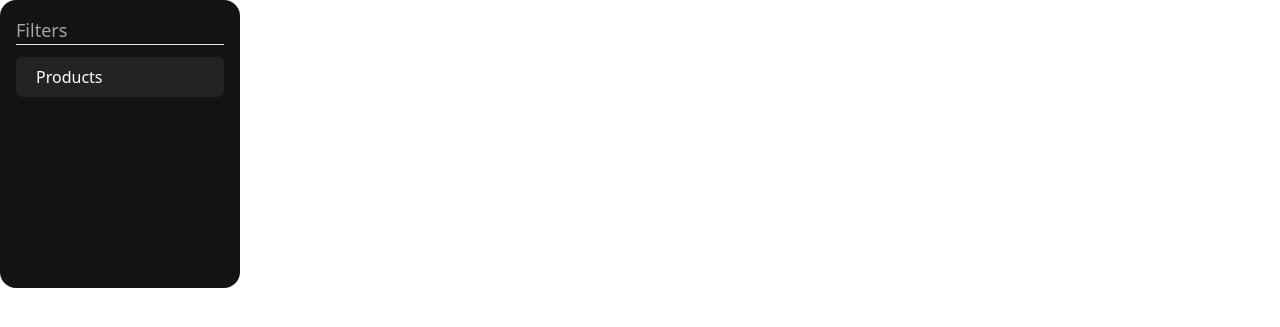
Repository: SayedJamil/Edvora-app
Page: /leftcard
An editor plug-in stored every save of this project. The page is shown before and after a run of saves, followed by the edit.
The browser window is 1280 px wide. The pictures show the whole page.
The project was rebuilt for these pictures with package versions that can differ from the ones it lists, and the page was loaded fresh each time. The framework's server and built-in components were replaced by stand-ins that run in the browser. Also part of the build but not shown: next.config.js.

Above is the page before, as saved 2021-12-19 16:10:09.

After the next 2 saves:
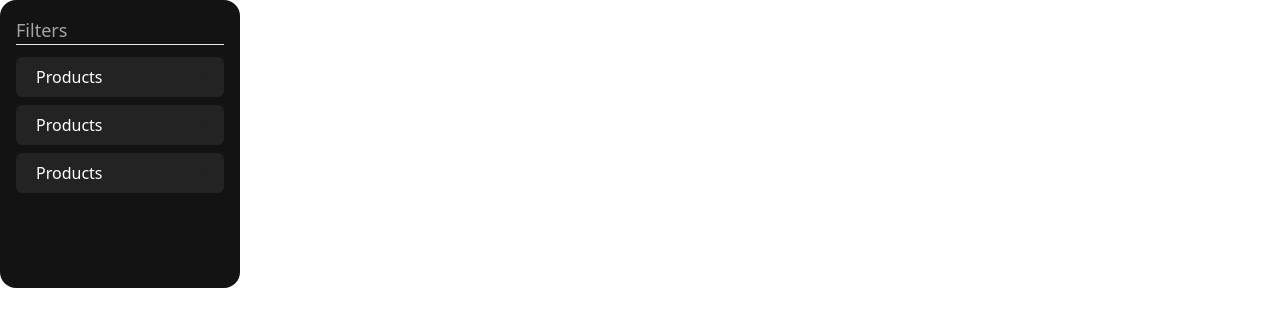
The 2 saves are shown as one change because they came seconds apart.
The last was saved 10 s later.
--- a/pages/leftcard.js
+++ b/pages/leftcard.js
@@ -3,6 +3,23 @@ function leftcard() {
         <div className="h-72 w-60 bg-[#131313] rounded-2xl p-4">
             <h3 className="text-[#A5A5A5] font-light text-lg">Filters</h3>
             <div className="w-full bg-gray-200 h-px mb-3"></div>
+            <div class="relative inline-flex w-full mb-2">
+                <svg class="w-2 h-2 absolute top-0 right-0 m-4 pointer-events-none" xmlns="http://www.w3.org/2000/svg" viewBox="0 0 412 232"><path d="M206 171.144L42.678 7.822c-9.763-9.763-25.592-9.763-35.355 0-9.763 9.764-9.763 25.592 0 35.355l181 181c4.88 4.882 11.279 7.323 17.677 7.323s12.796-2.441 17.678-7.322l181-181c9.763-9.764 9.763-25.592 0-35.355-9.763-9.763-25.592-9.763-35.355 0L206 171.144z" fill="#232323" fill-rule="nonzero" /></svg>
+                <select class="rounded-md h-10 pl-5 pr-10 bg-[#232323] hover:border-[#232323] focus:outline-none appearance-none outline-none text-white w-full">
+                    <option>Products </option>
+                    <option>Red</option>
+                    <option>Blue</option>
+                </select>
+            </div>
+
+            <div class="relative inline-flex w-full mb-2">
+                <svg class="w-2 h-2 absolute top-0 right-0 m-4 pointer-events-none" xmlns="http://www.w3.org/2000/svg" viewBox="0 0 412 232"><path d="M206 171.144L42.678 7.822c-9.763-9.763-25.592-9.763-35.355 0-9.763 9.764-9.763 25.592 0 35.355l181 181c4.88 4.882 11.279 7.323 17.677 7.323s12.796-2.441 17.678-7.322l181-181c9.763-9.764 9.763-25.592 0-35.355-9.763-9.763-25.592-9.763-35.355 0L206 171.144z" fill="#232323" fill-rule="nonzero" /></svg>
+                <select class="rounded-md h-10 pl-5 pr-10 bg-[#232323] hover:border-[#232323] focus:outline-none appearance-none outline-none text-white w-full">
+                    <option>Products </option>
+                    <option>Red</option>
+                    <option>Blue</option>
+                </select>
+            </div>
             <div class="relative inline-flex w-full mb-2">
                 <svg class="w-2 h-2 absolute top-0 right-0 m-4 pointer-events-none" xmlns="http://www.w3.org/2000/svg" viewBox="0 0 412 232"><path d="M206 171.144L42.678 7.822c-9.763-9.763-25.592-9.763-35.355 0-9.763 9.764-9.763 25.592 0 35.355l181 181c4.88 4.882 11.279 7.323 17.677 7.323s12.796-2.441 17.678-7.322l181-181c9.763-9.764 9.763-25.592 0-35.355-9.763-9.763-25.592-9.763-35.355 0L206 171.144z" fill="#232323" fill-rule="nonzero" /></svg>
                 <select class="rounded-md h-10 pl-5 pr-10 bg-[#232323] hover:border-[#232323] focus:outline-none appearance-none outline-none text-white w-full">
